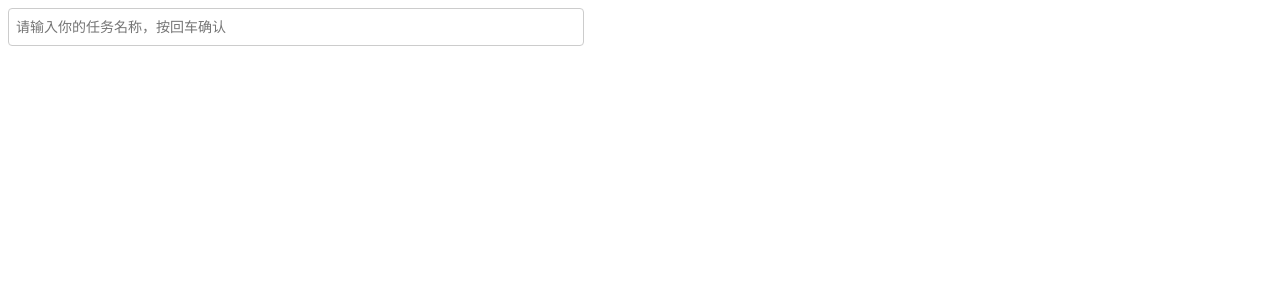
Repository: JYFlw/react
Page: / (app in react-app/)
The author's editor kept a copy of each file at every save. The page is drawn from the files as they stood at one save, then again after the next save.
The browser window is 1280 px wide. The pictures show the whole page.
The project was rebuilt for these pictures with package versions that can differ from the ones it lists, and the page was loaded fresh each time.

Above is the page before, as saved 2021-07-12 17:29:36.

After the next save:
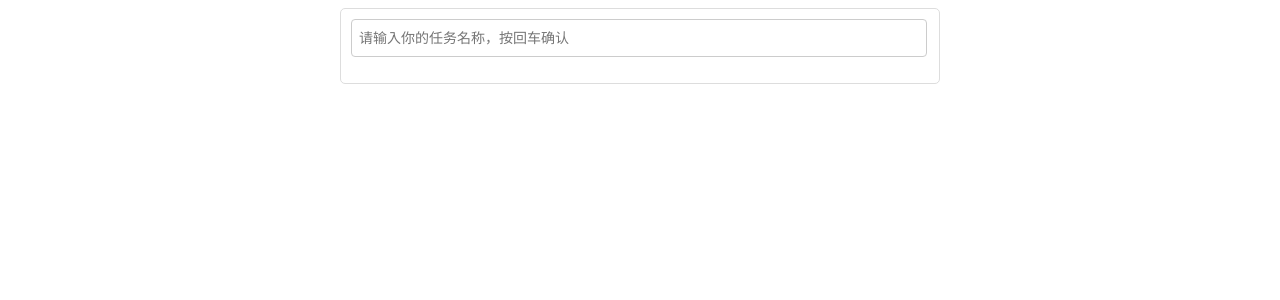
Saved 52 s later.
--- a/react-app/src/App.jsx
+++ b/react-app/src/App.jsx
@@ -2,6 +2,7 @@ import React, { Component } from 'react'
 import Header from './components/Headers'
 import List from './components/List'
 import Footer from './components/Footers'
+import './App.css'
 
 export default class App extends Component {
   //初始化状态
